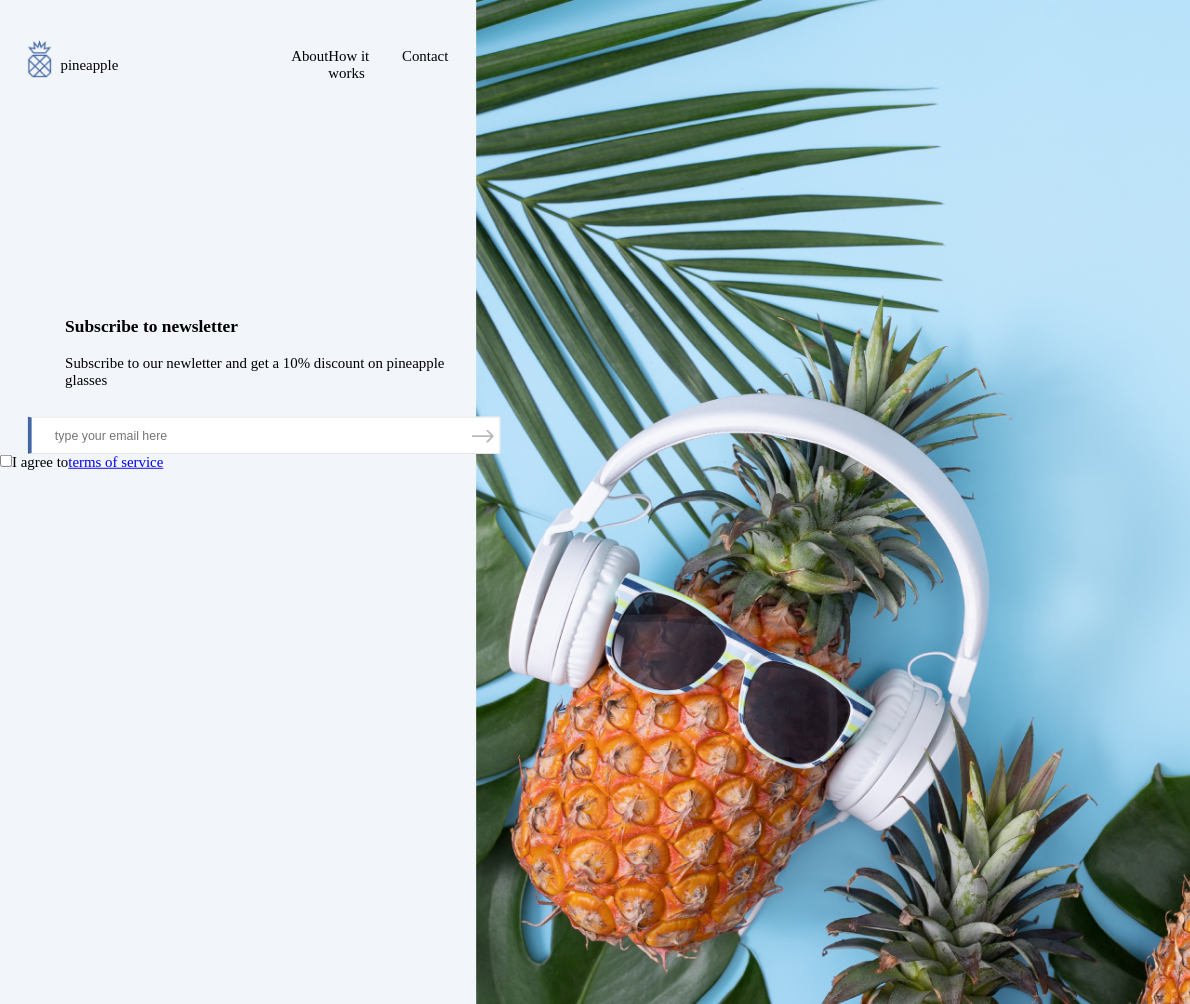
Repository: PaulsBebris/megabit-task
Page: /
The author's editor kept a copy of each file at every save. The page is drawn from the files as they stood at one save, then again after the next save.
The browser window is 1280 px wide. The pictures show the whole page, at 93% of full size.
The project was rebuilt for these pictures with package versions that can differ from the ones it lists, and the page was loaded fresh each time.

Above is the page before, as saved 2021-04-19 14:30:19.

After the next save:
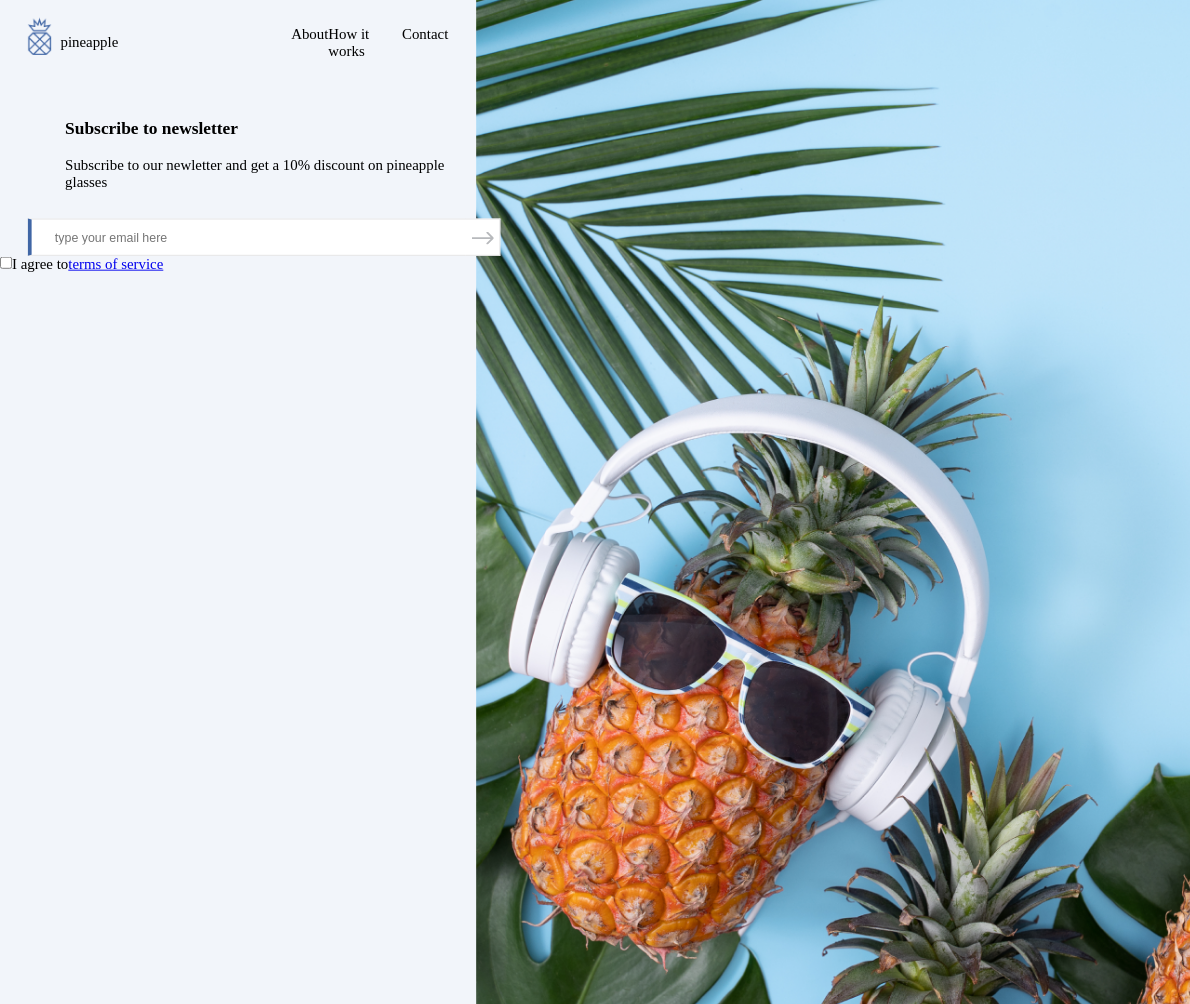
Saved 4 min 0 s later.
--- a/src/views/Home.vue
+++ b/src/views/Home.vue
@@ -80,7 +80,7 @@ export default {
 .header-wrapper {
   display: flex;
   justify-content: space-between;
-  margin: 50px 0 250px 0;
+  margin: 5% 0 12% 0;
   align-items: center;
 }
 .logo {
